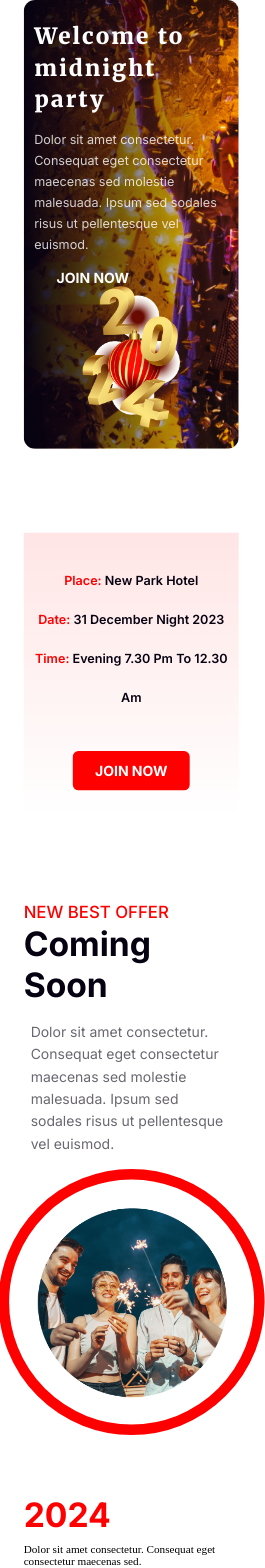
Repository: ShouravAhammed/simple-responsive-new-year
Page: index.html
These files come from the project's save history. The page is drawn as it stood at one moment and after the next save; the edit follows.
The browser window is 375 px wide. The page is 378 px wide, so the pictures cover 378 px, including what lies to the right of the window. The pictures show the part of the page from y = 0 to 2240 px (the page is 7988 px tall before and 8028 px after), at 70% of full size.

Above is the page before, as saved 2024-01-11 16:49:10.

After the next save:
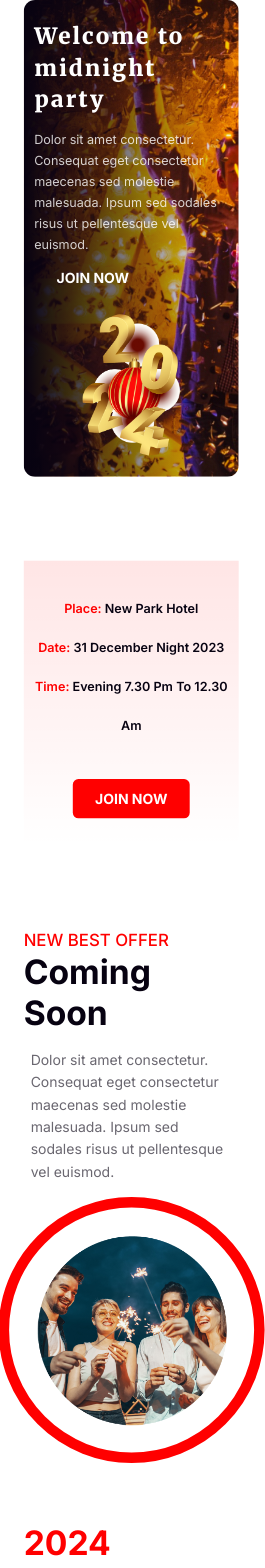
Saved 67 s later.
--- a/Style/style.css
+++ b/Style/style.css
@@ -513,5 +513,6 @@
     }
     .party-container .party-img {
         width: 50%;
-    }
-}
+        margin-top: 40px;
+    }
+}
